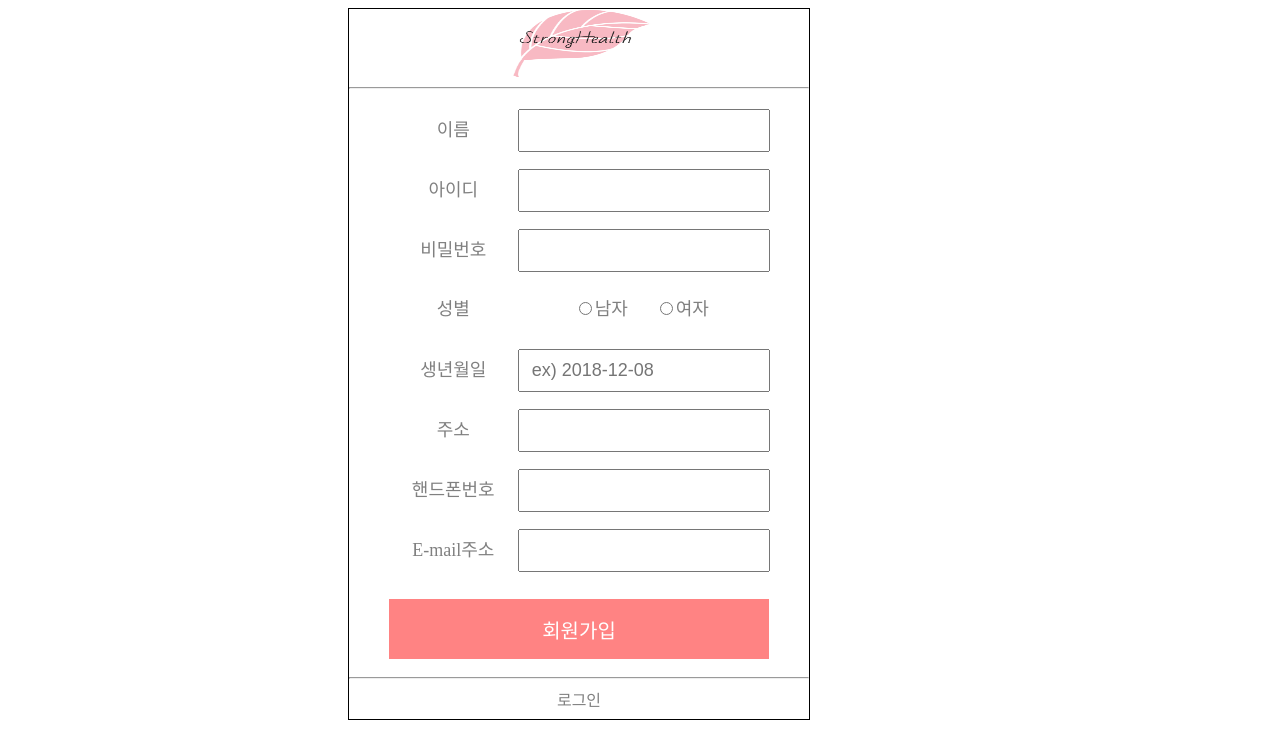
Repository: seeunOh/Webproject2018_StrongHealth
Page: http://localhost/StrongHealth/Join.jsp
The author's editor kept a copy of each file at every save. The page is drawn from the files as they stood at one save, then again after the next save.
The browser window is 1280 px wide. The pictures show the whole page.
The page is served by Tomcat 9.

Above is the page before, as saved 2018-12-16 07:58:43.

After the next save:
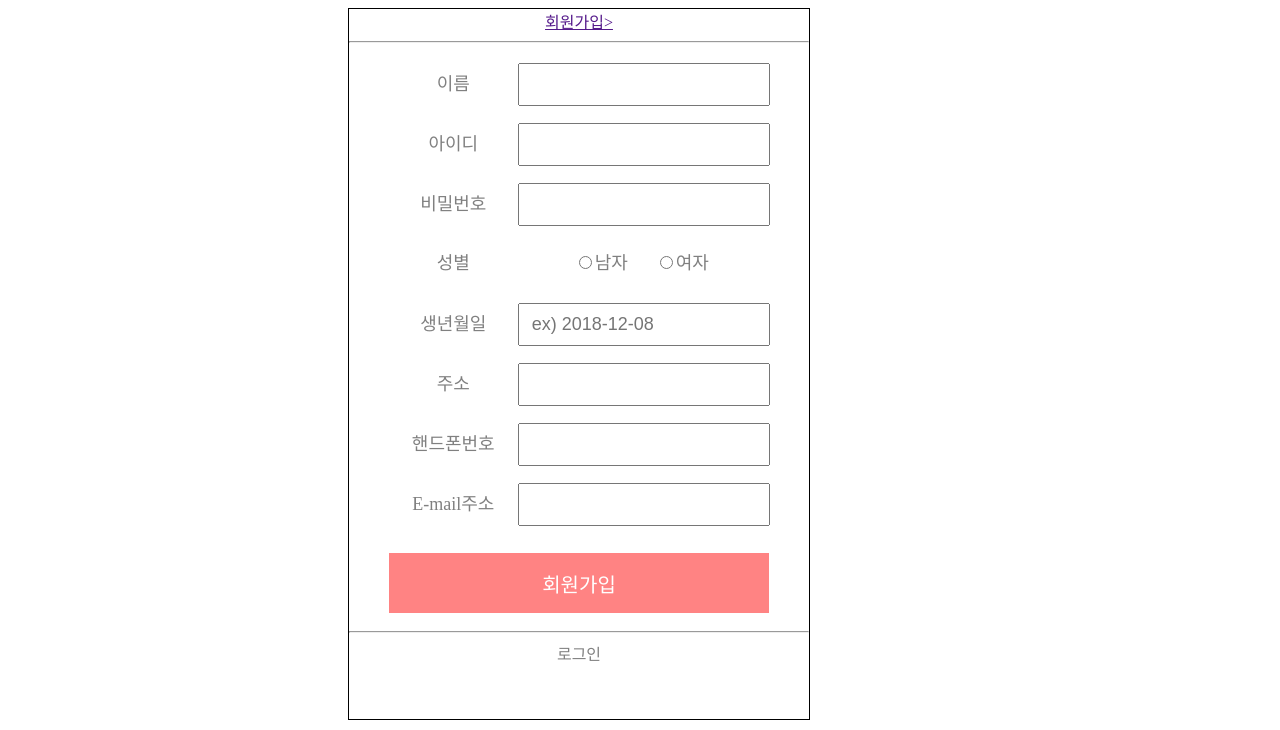
Saved 49 s later.
--- a/StrongHealth/WebContent/Join.jsp
+++ b/StrongHealth/WebContent/Join.jsp
@@ -84,7 +84,7 @@ float:left;
 <div id=canvas>
 	<div id="container">
 
-		<a href=""><img alt="log" src="img/logo.PNG"></a>
+		<a href="">회원가입></a>
 		<hr>
 		<form action="Join_check.jsp" method="post">
 		<div id="name_area">
